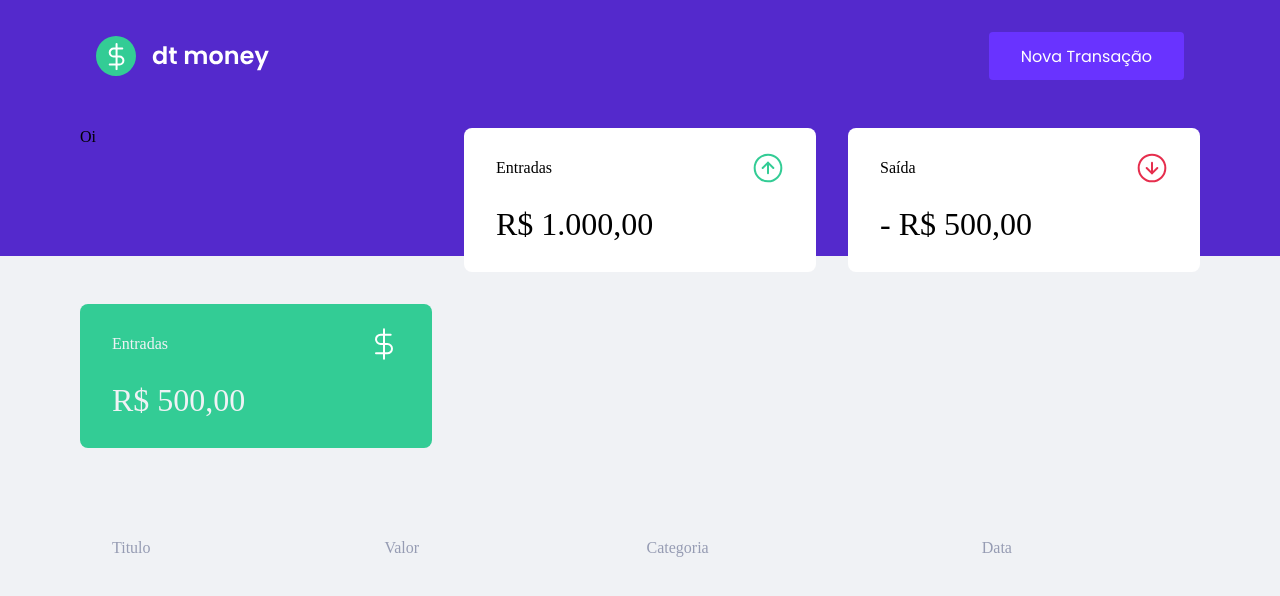
Repository: viniciusfg05/vlmoney
Page: /
An editor plug-in stored every save of this project. The page is shown before and after the next save, followed by the edit.
The browser window is 1280 px wide. The pictures show the whole page.
The page's requests for data from a server got no answer. The project was rebuilt for these pictures with package versions that can differ from the ones it lists, and the page was loaded fresh each time. No one was signed in, and anything a server would have sent is missing.

Above is the page before, as saved 2022-02-23 13:51:48.

### public/index.html
<!DOCTYPE html>
<html lang="en">
  <head>
    <link rel="preconnect" href="https://fonts.googleapis.com" />

    <meta charset="utf-8" />
    <meta name="viewport" content="width=device-width, initial-scale=1" />

    <link rel="shortcut icon" href="favicon.png" type="image/png" />

    <link rel="preconnect" href="https://fonts.gstatic.com" crossorigin />
    <link
      href="https://fonts.googleapis.com/css2?family=Poppins:wght@400;500;600&display=swap"
      rel="stylesheet"
    />
    <title>VlMoney</title>
  </head>
  <body>
    <noscript>You need to enable JavaScript to run this app.</noscript>
    <div id="root"></div>
  </body>
</html>

### src/index.tsx
import React from 'react';
import ReactDOM from 'react-dom';
import { App } from './App';
import { createServer, Model } from 'miragejs'

createServer({
  //criando banco de bados
  //começando com o propriedade models
  models : {
    transaction: Model //modulo que vamos criar
  },

  //Para isso vamos chamar um função chamda seeds, que recebe uma propriedade "server"
  //passando nela o "..." dentro dela o nome do modulo ou tabela no plural "transactions"
  //Depois devolvemos as transactions que eu quero iniciar
  seeds(server) {
    server.db.loadData({
      transactions: [
        {
          id: 1,
          title: "Freelancer Jobs",
          type: "deposit",
          category: "Trabalho",
          amount: 5000,
          createAt: new Date("2022-02-12 09:30:30")
        },
        {
          id: 2,
          title: "Aluguel",
          type: "withdraw",
          category: "Moradia",
          amount: -1000,
          createAt: new Date("2022-02-15 11:30:30")
        }
      ]
    })
  },

  routes() {
    this.namespace = 'api';

    this.get('/transactions', () => {
      return this.schema.all('transaction') //retornar todas a transações
    })//quando ouver uma requisição do tipo get para a rota transactions

    //criando uma rota
    this.post('/transactions', (schema, request) => {
      const data = JSON.parse(request.requestBody) //

      return schema.create('transaction', data)
    })
  }
})



//router: rotas fakes
//this.namespace = 'api': na rota informanda no Useffect "http://localhost:3000/api/transactions" apartir da "api"
//this.get('/transactions')//quando ouver uma requisição do tipo get para a rota transactions
//() => : vou devolver alguma coisa

ReactDOM.render(
  <React.StrictMode>
    <App />
  </React.StrictMode>,
  document.getElementById('root')
);

### src/App.tsx
import { Dashboard } from './components/Dashboards';
import Modal from 'react-modal'
import { Header } from './components/Header';
import { GlobalStyles } from './styles/global';
import { useState } from 'react';
import { NewTransactionModal } from './components/newTransactionModal';
import { TransactionContext } from './TransactionContext';

Modal.setAppElement('#root');

export function App() {
  //cofigurando modal
  const [isNewTransactionModalOpen, setIsNewTransactionModalOpen] = useState(false)//inicia como false

  function handleOpenNewTransactionModal() {
    setIsNewTransactionModalOpen(true)
  }

  function handleCloseNewTransactionModal() {
    setIsNewTransactionModalOpen(false)
  }

  return (
    //ele receber um value desse contexto, preechemos o valor carregado do contexto
    <TransactionContext.Provider value={[]} >
      <Header onOpenNewTransationModal={handleOpenNewTransactionModal}/>
      <Dashboard />


      <NewTransactionModal
        isOpen={isNewTransactionModalOpen} //passa o estado da aplicação
        onRequestClose={handleCloseNewTransactionModal}
      />


      <GlobalStyles />
    </TransactionContext.Provider>
  );
}

//export default App: pq nao usar que quem defini o nome da exportação é o importação e não a exportação

### src/components/Dashboards/index.tsx
import { Summary } from "../summary";
import { TransitionsTable } from "../transaction";
import { Container } from "./styles";

 export function Dashboard() {
   return (
    <Container>
    <Summary />
    <TransitionsTable />
    </Container>
   )
 }

### src/components/Header/index.tsx
import logoImg from '../../assets/logo.svg'
import { Container, Content } from './styles'

export function Header() {
  return (
    <Container>
      <Content>
        <img src={logoImg} alt="vlmoney" />
        <button>
          Nova Transação
        </button>
      </Content>
    </Container>
  )
}

### src/styles/global.ts
import { createGlobalStyle } from 'styled-components'

export const GlobalStyles = createGlobalStyle`
  :root {
    --background: #f0f2f5;
    --roxo: #5429CC;
    --roxo-light: #6933FF;
    --green: #33CC95;
    --red: #E62E4D;
    --shape: #FFFFFF;
    --title-body: #363F5F;
    --text-body: #969CB3;
  }

  *{
    margin: 0;
    padding: 0;
    box-sizing: border-box;
  }

  html {
    @media (max-width: 1080px) {
      font-size: 93.75%; // 15px
    }

    @media (max-width: 720px) {
      font-size: 87.5%; // 15px
    }
  }

  body {
    background: var(--background) ;
    -webkit-font-smothing: antialiased; //para font ficar mais nitida
  }

  border-style, input, textarea, button {
    font-family: "Poppins", sans-serif;
    font-weight: 400;
  }

  h1, h2, h3, h4, h5, h6, strong {
    font-weight: 600;
  }

  button {
    cursor: pointer;
  }

  [disabled] {
    opacity: 0.6;
    cursor: not-allowed; //nao permitido
  }

  .react-modal-overlay {
    background: rgba(0, 0, 0, 0.5);

    position: fixed;
    top: 0;
    bottom: 0;
    left: 0;
    right: 0;

    display: flex;
    align-items: center;
    justify-content: center;
  }

  .react-modal-content {
    width: 100%;
    max-width: 576px;
    background-color: var(--background);
    padding: 3rem;
    position: relative; //
    border-radius: 0.25rem;

  }j

  .react-modal-close {
    position: absolute;
    right: 1.5rem;
    top: 1.5rem;
    border: 0;
    background: transparent;
    transition: 0.3s;


    &:hover {
      filter: brightness(0.8);
    }
  }
`

### src/components/newTransactionModal/index.tsx
import Modal from "react-modal";
import { Container, TrasactionTypeContainer, RadioButton } from "./styles";
import closeImg from "../../assets/close.svg"
import incomeImg from "../../assets/income.svg"
import outcomeImg from "../../assets/outcome.svg"
import { FormEvent, useState } from "react";
import { api } from "../../services/api";



interface NewTransactionModaProps {
    isOpen: boolean;
    onRequestClose: () => void;
}

export function NewTransactionModal({isOpen, onRequestClose}: NewTransactionModaProps) {
    //Para armazenar os estados do formularia
    const [ title, setTitle ] = useState("");
    const [ value, setValue ] = useState(0);
    const [ category, setCategory ] = useState("")


    const [type, setType] = useState('deposit');

    //função de capturar as informaçoes do modal
    function handleCreateNewTransactionModal(event: FormEvent) {
        event.preventDefault();


        //inserindo na api
        const data = {
            title,
            value,
            category,
            type

        };

        api.post('/transactions', data)
    }
    return(
        <Modal
        isOpen={isOpen}
        onRequestClose={onRequestClose}
        overlayClassName="react-modal-overlay" //Para mudar a class do modal
        className="react-modal-content" //Nova class do modal
        >

        <button type="button" onClick={onRequestClose} className="react-modal-close">
            <img src={closeImg} alt="fechar modal" />
        </button>
        <Container onSubmit={handleCreateNewTransactionModal}>
            <h2>Cadastrar transação</h2>


            <input
            placeholder="Titulo"
            value={title}
            onChange={event => setTitle(event.target.value)} //Uma função que executa, toda vez que um novo texto for digitado no input
            />


            <input
            type="number"
            placeholder="Valor"
            value={value}
            onChange={event => setValue(Number(event.target.value))} //Uma função que executa, toda vez que um novo texto for digitado no input
            />

            <TrasactionTypeContainer>
                <RadioButton
                type="button"
                isActive={type === 'deposit'}  //nome que eu quiser dar
                activeColor="green"
                onClick={() => setType('deposit')}
                >
                    <img src={incomeImg} alt="Entrada" />
                    <span>Entrada</span>
                </RadioButton>

                <RadioButton
                    type="button"
                    isActive={type === 'withdraw'}  //nome que eu quiser dar
                    activeColor="red"
                    onClick={() => setType('withdraw')}
                >
                    <img src={outcomeImg} alt="Saida" />
                    <span>Saída</span>
                </RadioButton>
            </TrasactionTypeContainer>

            <input
            placeholder="Categoria"
            value={category}
            onChange={event => setCategory(event.target.value)} //Uma função que executa, toda vez que um novo texto for digitado no input
            />

            <button type="submit">
                Cadastrar
            </button>
        </Container>
      </Modal>
    );
}

### src/TransactionContext.ts
//importa createContext
//createContext([]); -> vamos passar qual o valore padrão dele, valor que vai inicializar, iniciando com um vetor vazio []
//Quando a gente cria uma contexto, podemos acessa-lo de qualquer componente na nossa aplicação, mas para que les tenham acesso precisamos colocar por volta do conxto o "Provider"
//como esse coxto vai precisar ser acessado por varios components, vamos colocar o PRovider por volta do App.tsx


import { createContext } from 'react'

export const TransactionContext = createContext([]);

### src/components/summary/index.tsx
import React, { useContext } from 'react';
import incomeImg from '../../assets/income.svg';
import outcomeImg from '../../assets/outcome.svg';
import totalImg from '../../assets/total.svg';
import { TransactionContext } from '../../TransactionContext';


import { Container } from "./styles";

 export function Summary() {
  const data = useContext(TransactionContext);

  return (





    //vamos usar um api um pouco antiga mas ainda presente em projeto mais antigos RendleProps
    //vamos chamr o contexto e passar um propriedade consumer - "TransactionContext.Consumer"
    //passar um função, que recebe meu dados
    <Container >
      <TransactionContext.Consumer>
        {(data) => {
          console.log(data)
          return <p>Oi</p>
          }}
      </TransactionContext.Consumer>




      <div>
        <header>
          <p>Entradas</p>
          <img src={incomeImg} alt="Entradas" />
        </header>
        <strong>R$ 1.000,00</strong>
      </div>

      <div>
        <header>
          <p>Saída</p>
          <img src={outcomeImg} alt="Saidas" />
        </header>
        <strong>- R$ 500,00</strong>
      </div>

      <div className="light-background">
        <header>
          <p>Entradas</p>
          <img src={totalImg} alt="total" />
        </header>
        <strong>R$ 500,00</strong>
      </div>
    </Container >
  )
 }

### src/components/transaction/index.tsx
import { useEffect, useState } from "react";
import { api } from "../../services/api";
import { Container } from "./styles";


interface Transaction {
  id: number;
  title: string;
  amount: number;
  type: string;
  category: string;
  createdAt: number; //depois vou precisar converter para uma data
}

export function TransitionsTable() {


  const [ transactions, setTransactions ] = useState<Transaction[]>([]);


  useEffect(() => {
    api.get('transactions') //rota possivelmente criariamos no futuro
    .then(response => setTransactions(response.data.transactions))
  }, [])


  //add a "api" que é a const que criamos no srquivo api em services e colocamos ele para "get"
  //Não precisamos mais da conversão do .json
  // já onde estava (data => console.log(data)) vamos trocar por (response => console.log(response.data))

  return (
    <Container>
      <table>
        <thead >
          <tr>
            <th>Titulo</th>
            <th>Valor</th>
            <th>Categoria</th>
            <th>Data</th>
          </tr>
        </thead>
        <tbody>
          { transactions.map(transaction => (
              <tr key={transaction.id}>
                <td>{transaction.title}</td>
                <td className={transaction.type}>
                  {new Intl.NumberFormat('pt-BR', {
                    style: 'currency',
                    currency: 'BRL'
                  }).format(transaction.amount)}
                </td>
                <td>{transaction.category}</td>
                <td>
                  {new Intl.DateTimeFormat('pt-BR').format(transaction.createdAt)}
                </td>


              </tr>
            //Para tirar o retur tiramos as {} por ()

            //começou a da erro pq ele não consegue entender a tipagem do transaction
          ))}
        </tbody>
      </table>
    </Container>
  )
}

### src/components/Dashboards/styles.ts
import styled from "styled-components";

 export const Container = styled.main`
  max-width: 1120px;
  margin: 0 auto;
  padding: 2.5 1rem;
 `;

### src/components/Header/styles.ts
import styled from 'styled-components'

export const Container = styled.header`
  background-color: var(--roxo);
`;

export const Content = styled.div`
  max-width: 1120px;
  margin: 0 auto;

  padding: 2rem 1rem 11rem;

  display: flex;
  align-items: center;
  justify-content: space-between;

  button{
    font-size:  1rem;
    color: #fff;
    background: var(--roxo-light);
    border: 0;
    padding: 0 2rem;
    border-radius: 0.25rem;
    height: 3rem;
    transition: 0.3s;

    &:hover {
      filter:brightness(0.9)
    }
  }
`;

### src/components/newTransactionModal/styles.ts
import styled from 'styled-components'
import { darken, transparentize } from 'polished' //escurecer uma cor

export const Container = styled.form`
    h2 {
        color: var(--title-body);
        font-size: 1.5rem;
        margin-bottom: 2rem;

    }

    input {
        width: 100%;
        padding: 0 1.5rem;
        height: 4rem;
        border-radius: 0.25rem;

        border: 1px solid #d7d7d7;
        background-color: #e7e9ee;

        font-weight: 400;
        font-size: 1rem;

        &::placeholder {
            color: var(--text-body);
        }

        & + input {
            margin-top: 1rem
        }

    }

    button[type="submit"]{
        width: 100%;
        padding: 0 1.5rem;
        height: 4rem;
        background-color: var(--green);
        color: #fff;
        border: none;
        border-radius: 0.25rem;
        font-size: 1rem;
        margin-top: 1.5rem;
        transition: 0.3s;
        font-weight: 600;

        &:hover {
            filter: brightness(0.7);
        }
    }


`

export const TrasactionTypeContainer = styled.div`
    margin: 1rem 0;
    display: grid;
    grid-template-columns: 1fr 1fr;
    gap: 0.5rem;
`


interface RadioButtonProps {
    isActive: boolean;
    activeColor: 'green' | 'red';
}

//faz o map das color
const colors = {
    green: '#33CC95',
    red: '#E62E4D',
}

export const RadioButton = styled.button<RadioButtonProps>`
    height: 4rem;
    border: 1px solid #d7d7d7;
    border-radius: 0.25rem;
    background: ${(props) => props.isActive
        ? transparentize(0.9, colors[props.activeColor])
        : 'transparent'
    };
    display: flex;
    align-items: center;
    justify-content: center;
    transition: border-color 0.3s;

    &:hover {
    border-color: ${darken(0.1, '#d7d7d7')};
    }

    /* .buttonTypeIncome:hover,
    .buttonTypeOutcome:hover {
        filter: brightness(0.9);
    } */

    span {
        font-size: 1rem;
        margin-left: 1rem;
        color: var(--text-body);
    }

    img {
        width: 1.5rem;
    }


`

### src/services/api.ts
import axios from 'axios';

//Criando um instancia


export const api = axios.create({
    baseURL: 'http://localhost:3000/api',//vamos colocar o endereço que se repete em todas a requisições
})

### src/components/summary/styles.ts
import styled from "styled-components";

 export const Container = styled.div`
  display: grid;
  grid-template-columns: repeat(3, 1fr);
  gap: 2rem;
  margin-top: -8rem;

  div{
    background: var(--shape);
    padding: 1.5rem 2rem;
    border-radius: 0.5rem;

    header{
      display: flex;
      align-items: center;
      justify-content: space-between;
    }

    strong {
      display: block;
      margin-top: 1rem;
      font-size: 2rem;
      font-weight: 500;
      line-height: 3rem; //ocupar um pouco mais de espaço dentro
    }

    &.light-background {
      background: var(--green);
      color: var(--background);

    }
  }
 `;

### src/components/transaction/styles.ts
import styled from "styled-components";

export const Container = styled.div`
  margin-top: 4rem;

  table{
    width: 100%;
    border-spacing: 0 0.5rem;//para da espaçamento nas bordas da tabela

    th {
      color: var(--text-body);
      font-weight: 400;
      padding: 1rem 2rem;
      text-align: left;
      line-height: 1.5rem;
    }

    td{
      padding: 1rem 2rem;
      background: var(--shape);
      color: var(--text-body);
      border-radius: 0.5rem;

      &:first-child{
        color: var(--title-body);
      }

      &.deposit {
        color: var(--green);
      }

      &.withdraw{
        color: var(--red);
      }
    }


  }
`

After the next save:
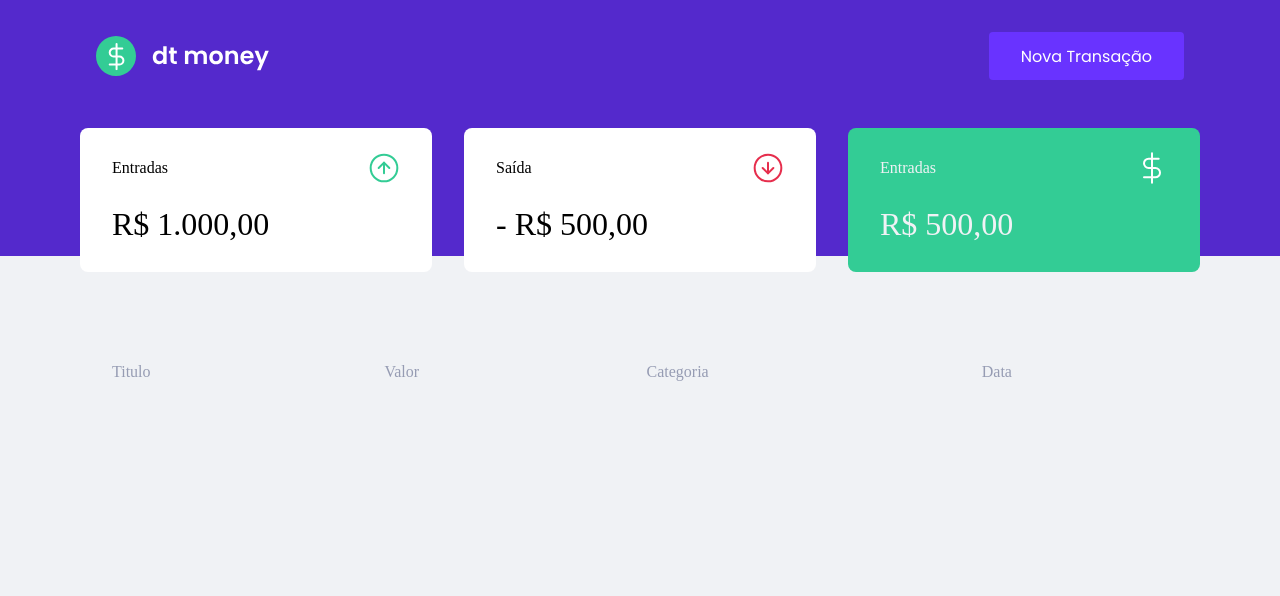
Saved 103 s later.
--- a/src/components/summary/index.tsx
+++ b/src/components/summary/index.tsx
@@ -8,6 +8,7 @@ import { TransactionContext } from '../../TransactionContext';
 import { Container } from "./styles";
 
  export function Summary() {
+   //desse jeito ja temos o valor de data pra gente
   const data = useContext(TransactionContext);
 
   return (
@@ -20,16 +21,6 @@ import { Container } from "./styles";
     //vamos chamr o contexto e passar um propriedade consumer - "TransactionContext.Consumer"
     //passar um função, que recebe meu dados
     <Container >
-      <TransactionContext.Consumer>
-        {(data) => {
-          console.log(data)
-          return <p>Oi</p>
-          }}
-      </TransactionContext.Consumer>
-
-
-
-
       <div>
         <header>
           <p>Entradas</p>
